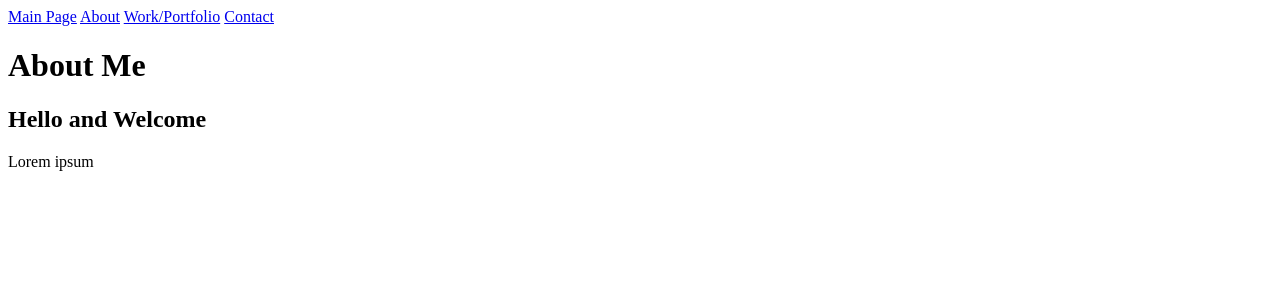
Repository: MelindaN14/My-Personal-Website
Page: about.html
The author's editor kept a copy of each file at every save. The page is drawn from the files as they stood at one save, then again after the next save.
The browser window is 1280 px wide. The pictures show the whole page.

Above is the page before, as saved 2024-03-21 21:11:12.

### about.html
<!DOCTYPE html>
<html lang="en">
  <head>
    <meta charset="UTF-8" />
    <meta name="viewport" content="width=device-width, initial-scale=1.0" />
    <title>About</title>
  </head>
  <body>
    <div class="navbar">
      <a href="index.html">Main Page</a>
      <a href="about.html">About</a>
      <a href="portfolio.html">Work/Portfolio</a>
      <a href="contact.html">Contact</a>
    </div>
    <h1>About Me</h1>
    <h2>Hello and Welcome</h2>
    <p>Lorem ipsum</p>
  </body>
</html>

After the next save:
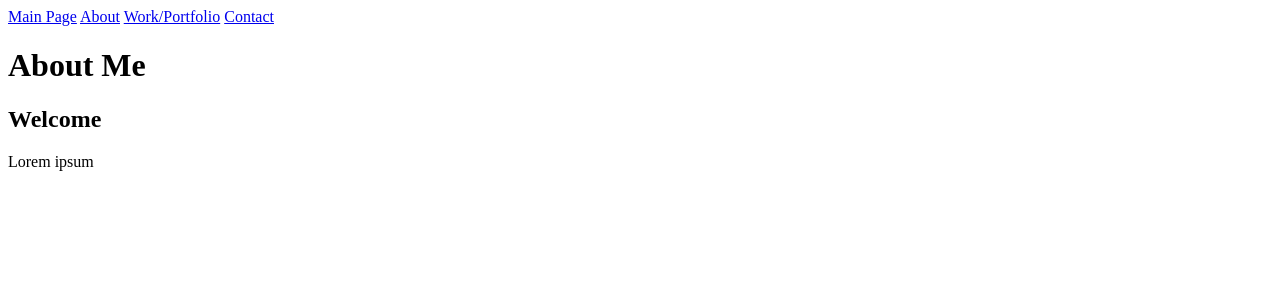
Saved 39 s later.
--- a/about.html
+++ b/about.html
@@ -13,7 +13,7 @@
       <a href="contact.html">Contact</a>
     </div>
     <h1>About Me</h1>
-    <h2>Hello and Welcome</h2>
+    <h2>Welcome</h2>
     <p>Lorem ipsum</p>
   </body>
 </html>
